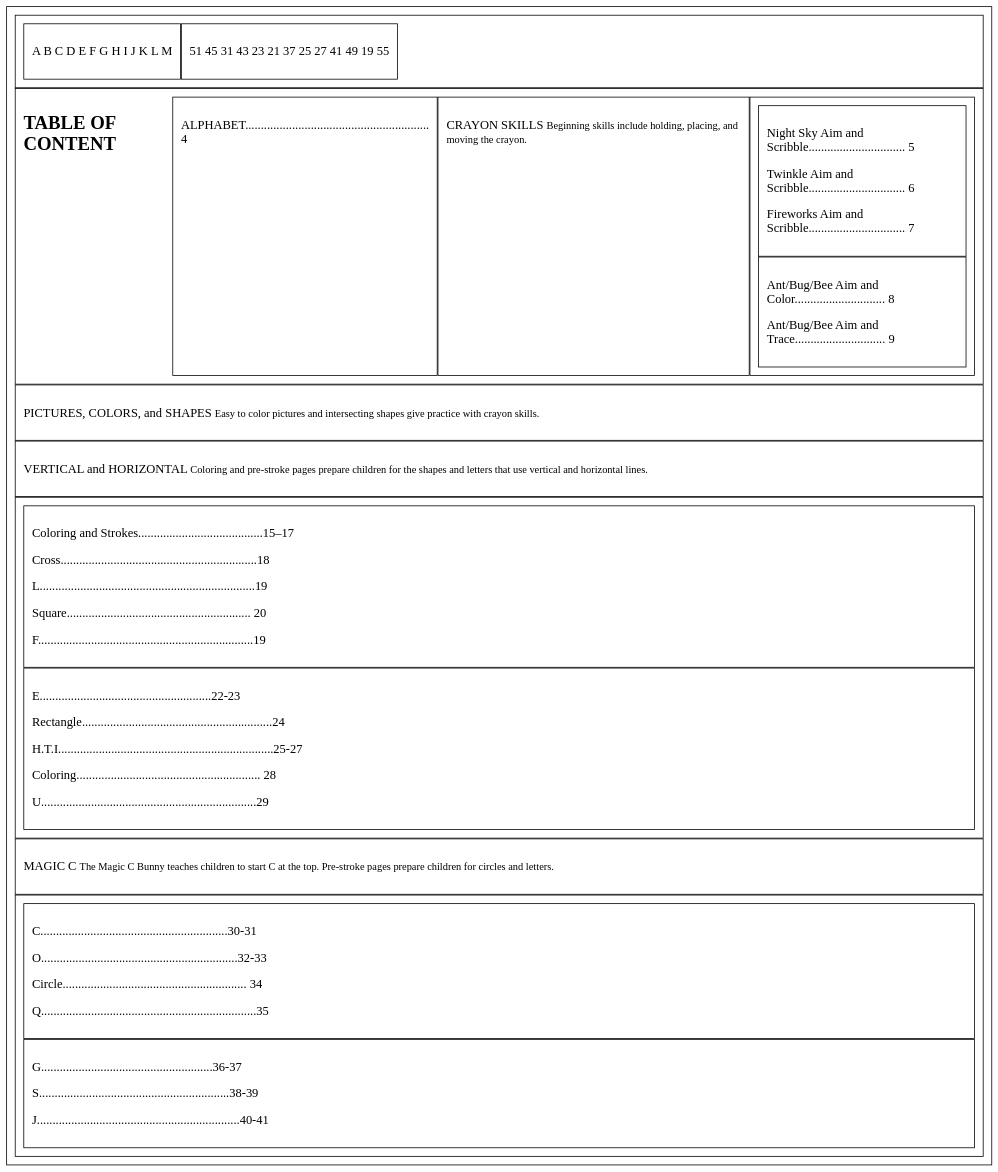
Repository: nickeone/magda-css-flex
Page: index.html
These files come from the project's save history. The page is drawn as it stood at one moment and after the next save; the edit follows.
The browser window is 1280 px wide. The pictures show the whole page, at 78% of full size.

Above is the page before, as saved 2021-06-14 23:33:49.

### index.html
<!DOCTYPE html>
<html lang="en">
<head>
  <meta charset="UTF-8">
  <meta http-equiv="X-UA-Compatible" content="IE=edge">
  <meta name="viewport" content="width=device-width, initial-scale=1.0">
  <title>Document</title>
  <link rel="stylesheet" href="./assets/style.css">
</head>
<body>
  <div class="container">

    <div class="full-line">
      <div class="head-letters">
        <p>A B C D E F G H I J K L M</p>
      </div>
      <div class="head-digits">
        <p>51 45 31 43 23 21 37 25 27 41 49 19 55</p>
      </div>
    </div>

    <div class="full-line">
      <h2>TABLE OF CONTENT</h2>
      <div class="left-column">
        <p>ALPHABET........................................................... 4</p>
      </div>
      <div class="full-line">
        <p>CRAYON SKILLS <small>Beginning skills include holding, placing, and moving the crayon.</small></p>
      </div>
      <div class="two-columns">
        <div class="left-column">
          <p>Night Sky Aim and Scribble............................... 5</p>
          <p>Twinkle Aim and Scribble............................... 6</p>
          <p>Fireworks Aim and Scribble............................... 7</p>
        </div>
        <div class="right-column">
          <p>Ant/Bug/Bee Aim and Color............................. 8</p>
          <p>Ant/Bug/Bee Aim and Trace............................. 9</p>
        </div>
      </div>
    </div>


      <div class="full-line">
        <p>PICTURES, COLORS, and SHAPES <small>Easy to color pictures and intersecting shapes give practice with crayon skills.</small></p>
      </div>

      <div class="full-line">
        <p>VERTICAL and HORIZONTAL <small>Coloring and pre-stroke pages prepare children for the shapes and letters that use vertical and horizontal lines.</small></p>
      </div>
      <div class="two-columns">
        <div class="left-column">
          <p>Coloring and Strokes........................................15–17</p>
          <p>Cross...............................................................18</p>
          <p>L.....................................................................19</p>
          <p>Square........................................................... 20</p>
          <p>F.....................................................................19</p>
        </div>
        <div class="right-column">
          <p>E.......................................................22-23</p>
          <p>Rectangle.............................................................24</p>
          <p>H.T.I.....................................................................25-27</p>
          <p>Coloring........................................................... 28</p>
          <p>U.....................................................................29</p>
        </div>
      </div>

      <div class="full-line">
        <p>MAGIC C <small>The Magic C Bunny teaches children to start C at the top. Pre-stroke pages prepare children for circles and letters.</small></p>
      </div>
      <div class="two-columns">
        <div class="left-column">
          <p>C............................................................30-31</p>
          <p>O...............................................................32-33</p>
          <p>Circle........................................................... 34</p>
          <p>Q.....................................................................35</p>
        </div>
        <div class="right-column">
          <p>G.......................................................36-37</p>
          <p>S.............................................................38-39</p>
          <p>J.................................................................40-41</p>
        </div>
      </div>
  </div>

</body>
</html>

### assets/style.css
.full-line {
    display: flex;
}


div {
    border: 1px black solid;
    padding: 10px;
}

/* .container {
    display: flex;
} */

After the next save:
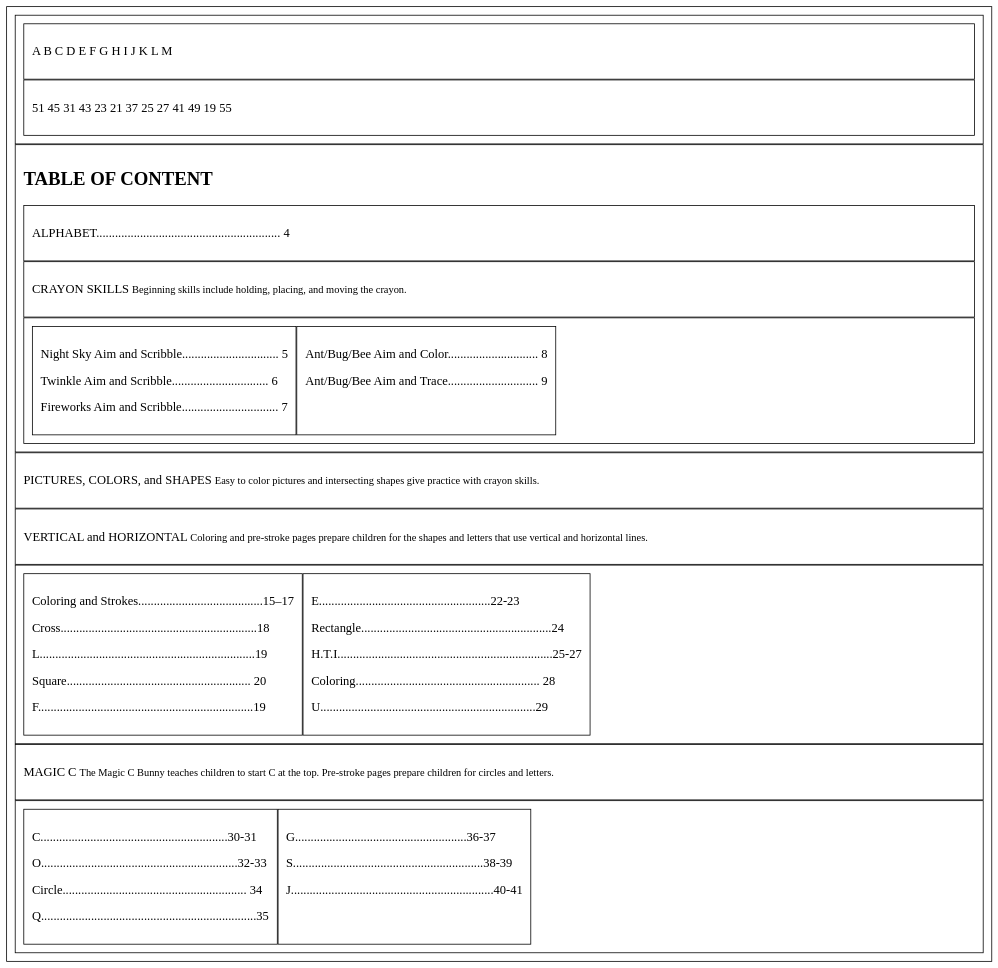
Saved 30 min 18 s later.
--- a/assets/style.css
+++ b/assets/style.css
@@ -1,4 +1,4 @@
-.full-line {
+.two-columns {
     display: flex;
 }
 
